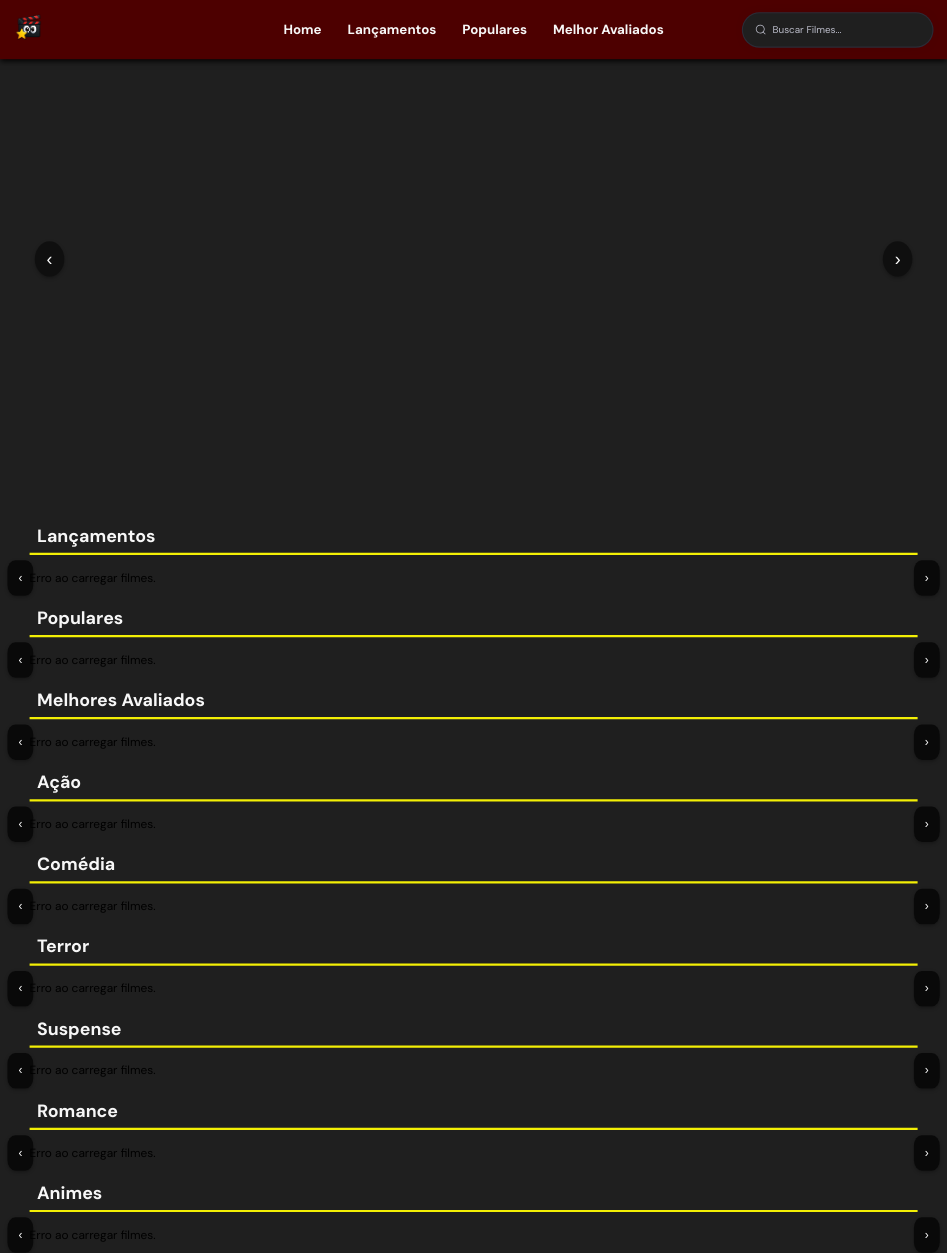
Repository: juanpablitozito/stat-viewer
Page: index.html
The author's editor kept a copy of each file at every save. The page is drawn from the files as they stood at one save, then again after the next save.
The browser window is 1280 px wide. The pictures show the whole page, at 74% of full size.
The page's requests for data from a server got no answer.

Above is the page before, as saved 2025-10-01 21:08:30.

After the next save:
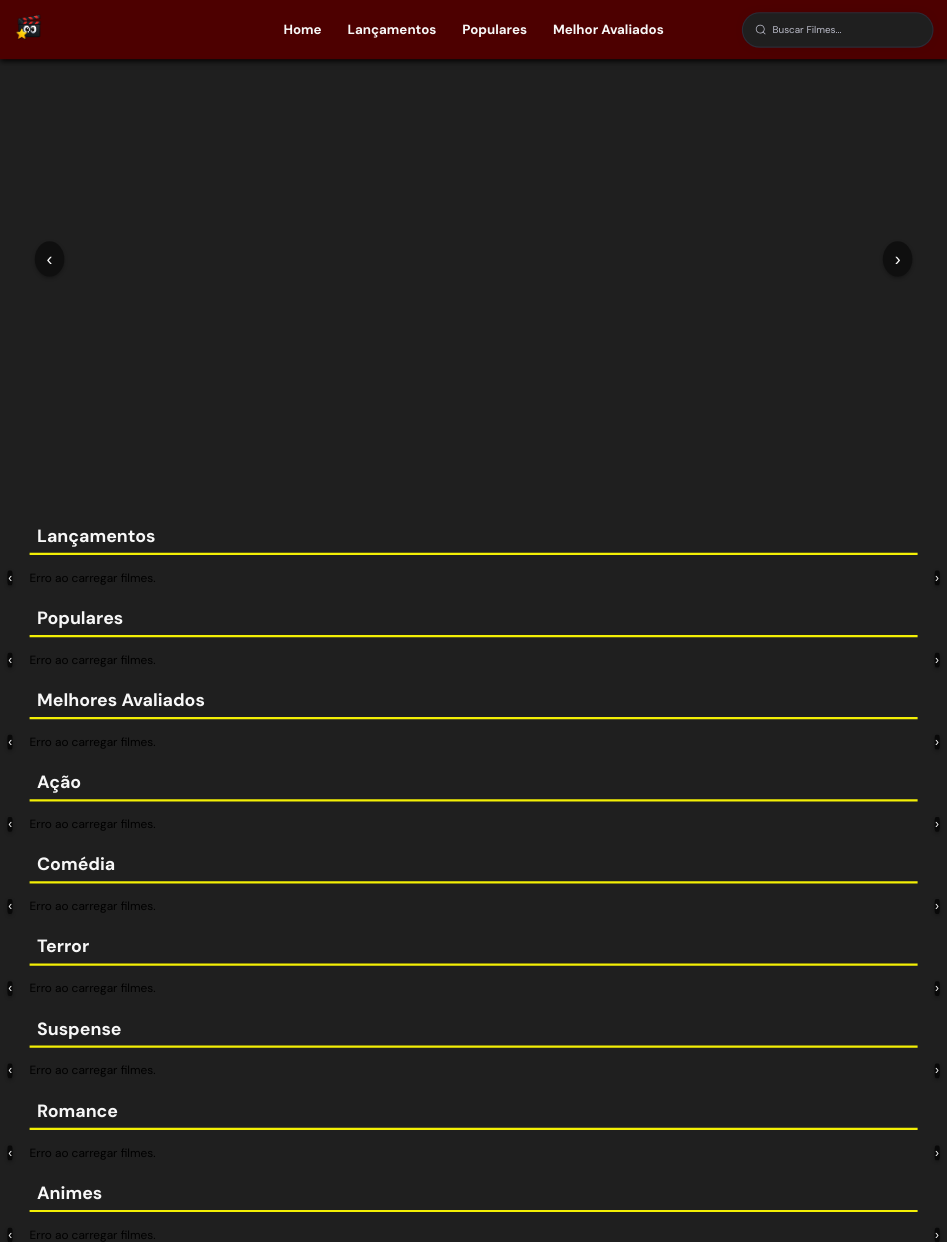
Saved 5 min 15 s later.
--- a/src/styles/style.css
+++ b/src/styles/style.css
@@ -262,7 +262,7 @@
   transform: translateY(-50%);  /* Ajusta o alinhamento vertical */
   z-index: 10;  /* Garante que o botão fique acima do conteúdo */
   background-color: rgba(0, 0, 0, 0.7);  /* Fundo com maior transparência */
-  padding: 15px;  /* Aumenta o tamanho dos botões */
+  padding: 1px;  /* Aumenta o tamanho dos botões */
   border-radius: 30%;  /* Botões arredondados */
   box-shadow: 0 2px 5px rgba(0, 0, 0, 0.3);  /* Sombra nos botões */
 }

After the save that followed:
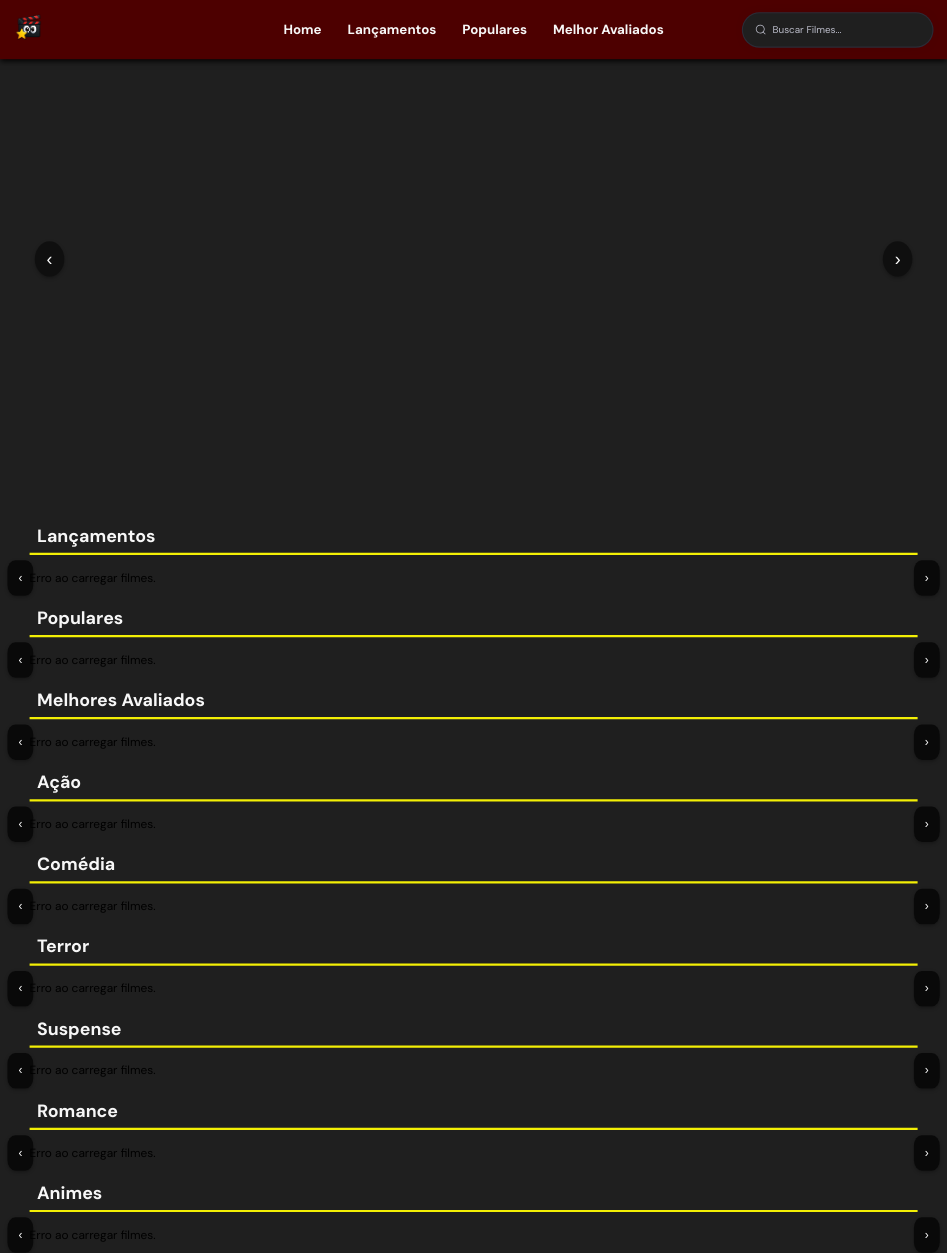
Saved 6 s later.
--- a/src/styles/style.css
+++ b/src/styles/style.css
@@ -262,7 +262,7 @@
   transform: translateY(-50%);  /* Ajusta o alinhamento vertical */
   z-index: 10;  /* Garante que o botão fique acima do conteúdo */
   background-color: rgba(0, 0, 0, 0.7);  /* Fundo com maior transparência */
-  padding: 1px;  /* Aumenta o tamanho dos botões */
+  padding: 15px;  /* Aumenta o tamanho dos botões */
   border-radius: 30%;  /* Botões arredondados */
   box-shadow: 0 2px 5px rgba(0, 0, 0, 0.3);  /* Sombra nos botões */
 }
